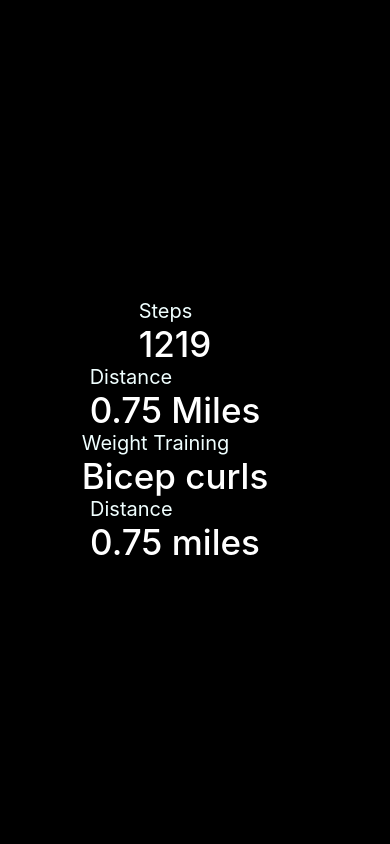
Repository: JamesPesenti/JiMTracker
Screen: /
The author's editor kept a copy of each file at every save. The screen is drawn from the files as they stood at one save, then again after the next save.
The app was drawn by React Native's web renderer in a window 390 px wide. The project was rebuilt for these pictures with package versions that can differ from the ones it lists, and the page was loaded fresh each time.

Above is the screen before, as saved 2023-06-16 11:37:56.

After the next save:
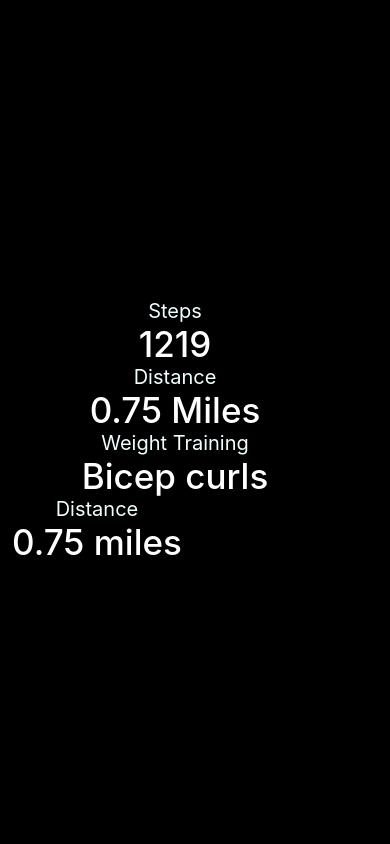
Saved 8 s later.
--- a/App.tsx
+++ b/App.tsx
@@ -42,13 +42,13 @@ const styles = StyleSheet.create({
     flex: 1,
     backgroundColor: 'black',
     justifyContent: 'center',
-    alignItems: "center",
     padding: 12,
     marginHorizontal: 0
   },
   valueContainer: {
     color: "white",
-    marginRight: 40
+    marginRight: 40,
+    alignItems: "center",
   },
   label: {
     color: "azure",
